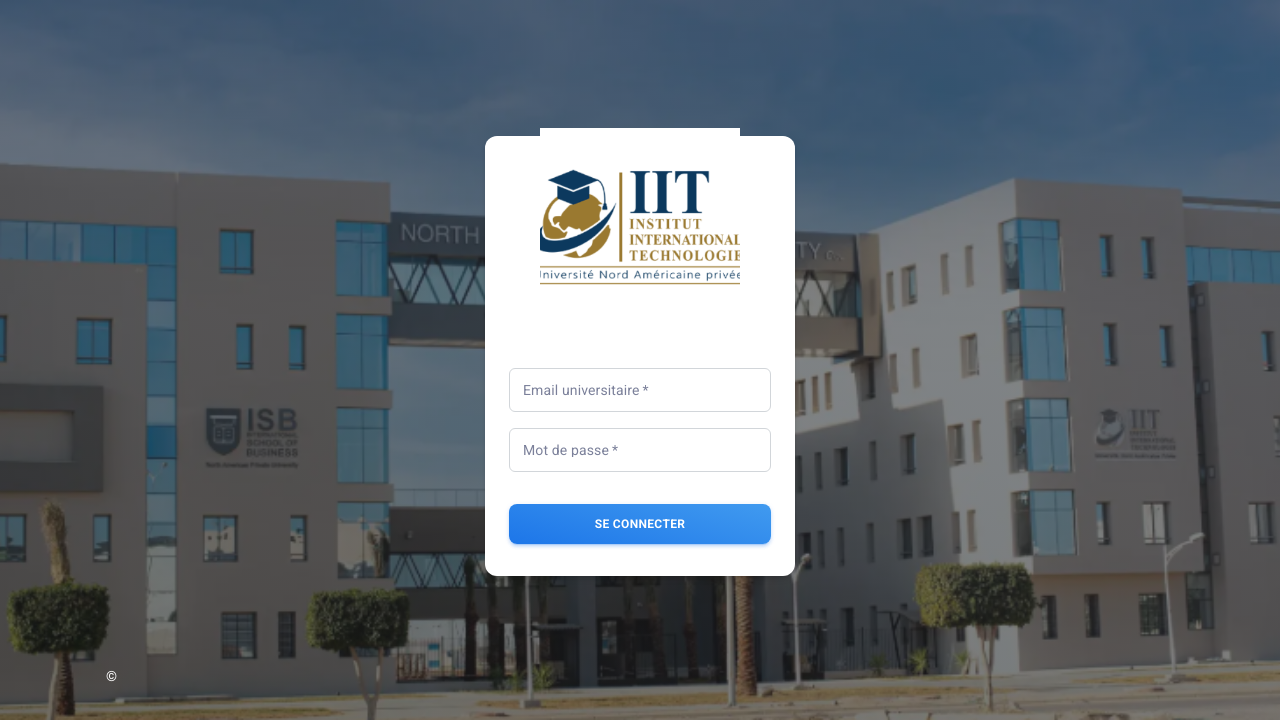
Repository: sabrine1kessentini/frontpfatemplatenew
Page: /authentication/sign-in
The author's editor kept a copy of each file at every save. The page is drawn from the files as they stood at one save, then again after the next save.
The browser window is 1280 px wide. The pictures show the whole page.
Some web libraries are served in a nearby version. The project was rebuilt for these pictures with package versions that can differ from the ones it lists, and the page was loaded fresh each time. Also part of the build but not shown: src/examples/Sidenav/styles/sidenavCollapse.js, src/examples/Sidenav/SidenavCollapse.js, src/examples/Sidenav/SidenavRoot.js, src/examples/Sidenav/styles/sidenav.js, src/examples/Sidenav/index.js, src/examples/Configurator/ConfiguratorRoot.js, src/examples/Configurator/index.js, src/examples/LayoutContainers/DashboardLayout/index.js and 44 more.

Above is the page before, as saved 2025-05-31 00:48:49.

After the next save:
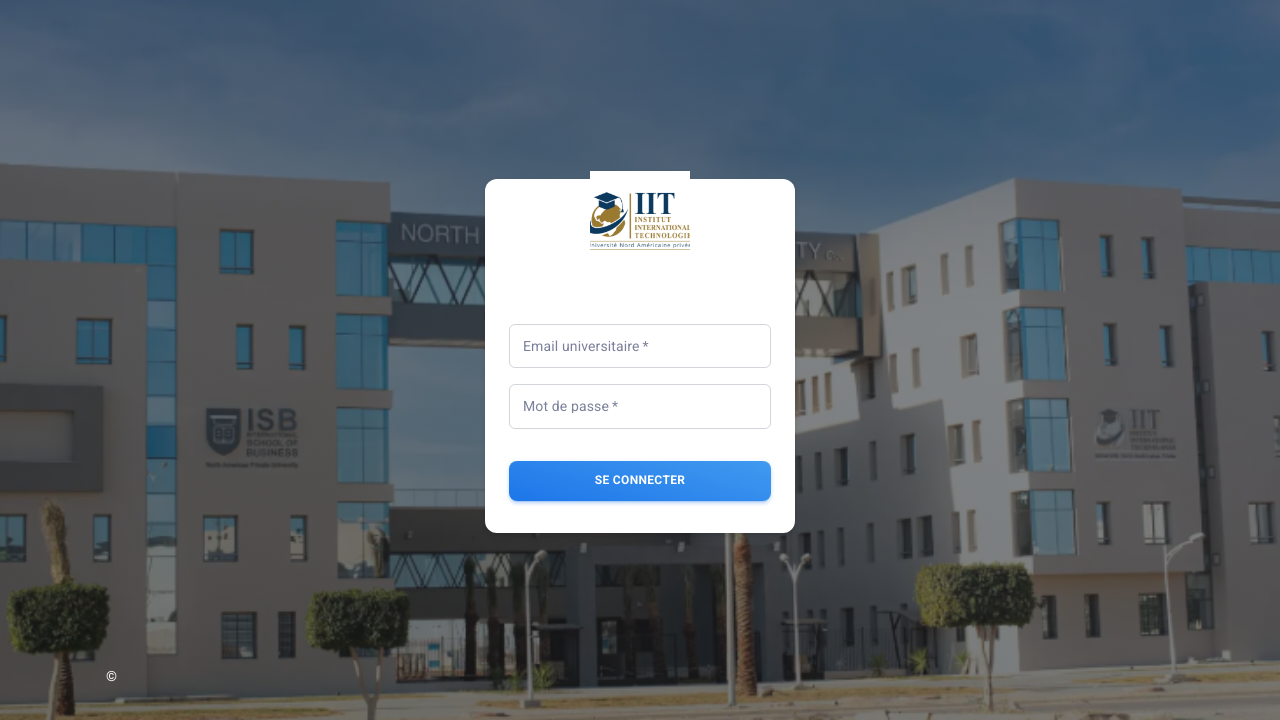
Saved 22 s later.
--- a/src/layouts/authentication/sign-in/index.js
+++ b/src/layouts/authentication/sign-in/index.js
@@ -67,9 +67,9 @@
             component="img"
             src={universityLogo}
             alt="Logo Université"
-            width="90%"
+            width="100%"
             sx={{
-              maxWidth: "200px",
+              maxWidth: "100px",
               height: "auto",
               objectFit: "contain",
             }}

After the save that followed:
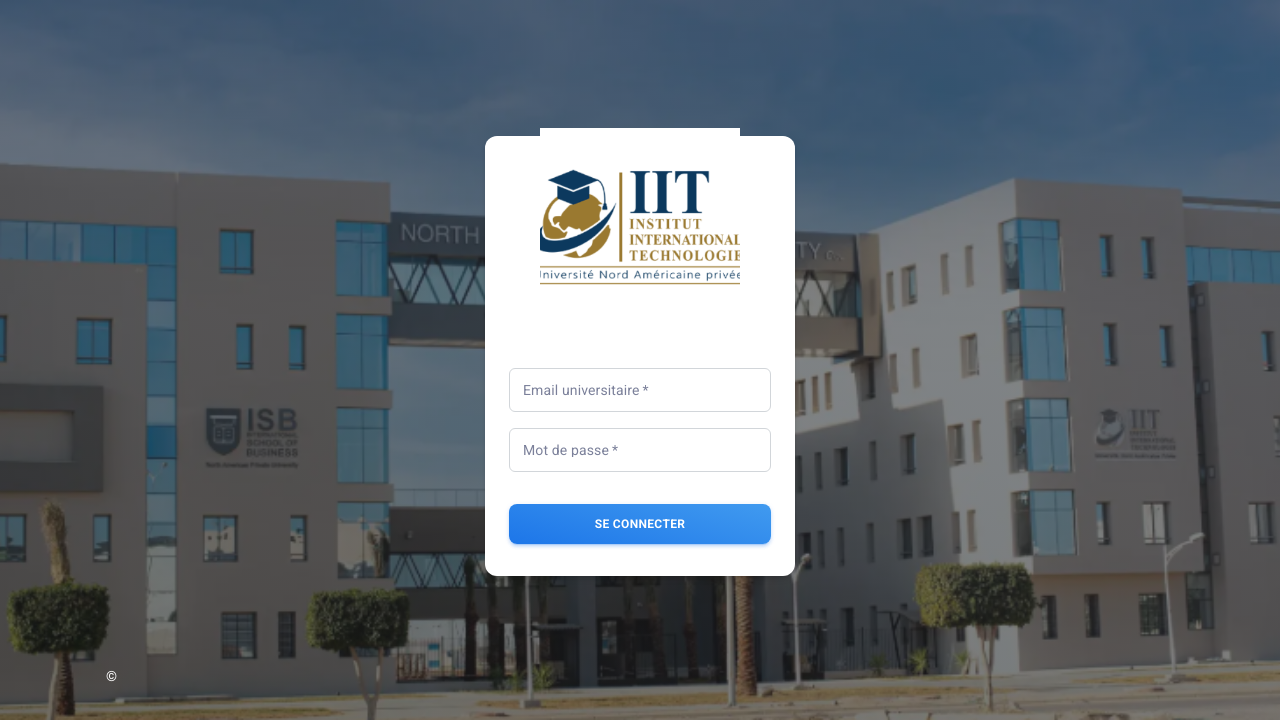
Saved 59 s later.
--- a/src/layouts/authentication/sign-in/index.js
+++ b/src/layouts/authentication/sign-in/index.js
@@ -69,7 +69,7 @@
             alt="Logo Université"
             width="100%"
             sx={{
-              maxWidth: "100px",
+              maxWidth: "200px",
               height: "auto",
               objectFit: "contain",
             }}
